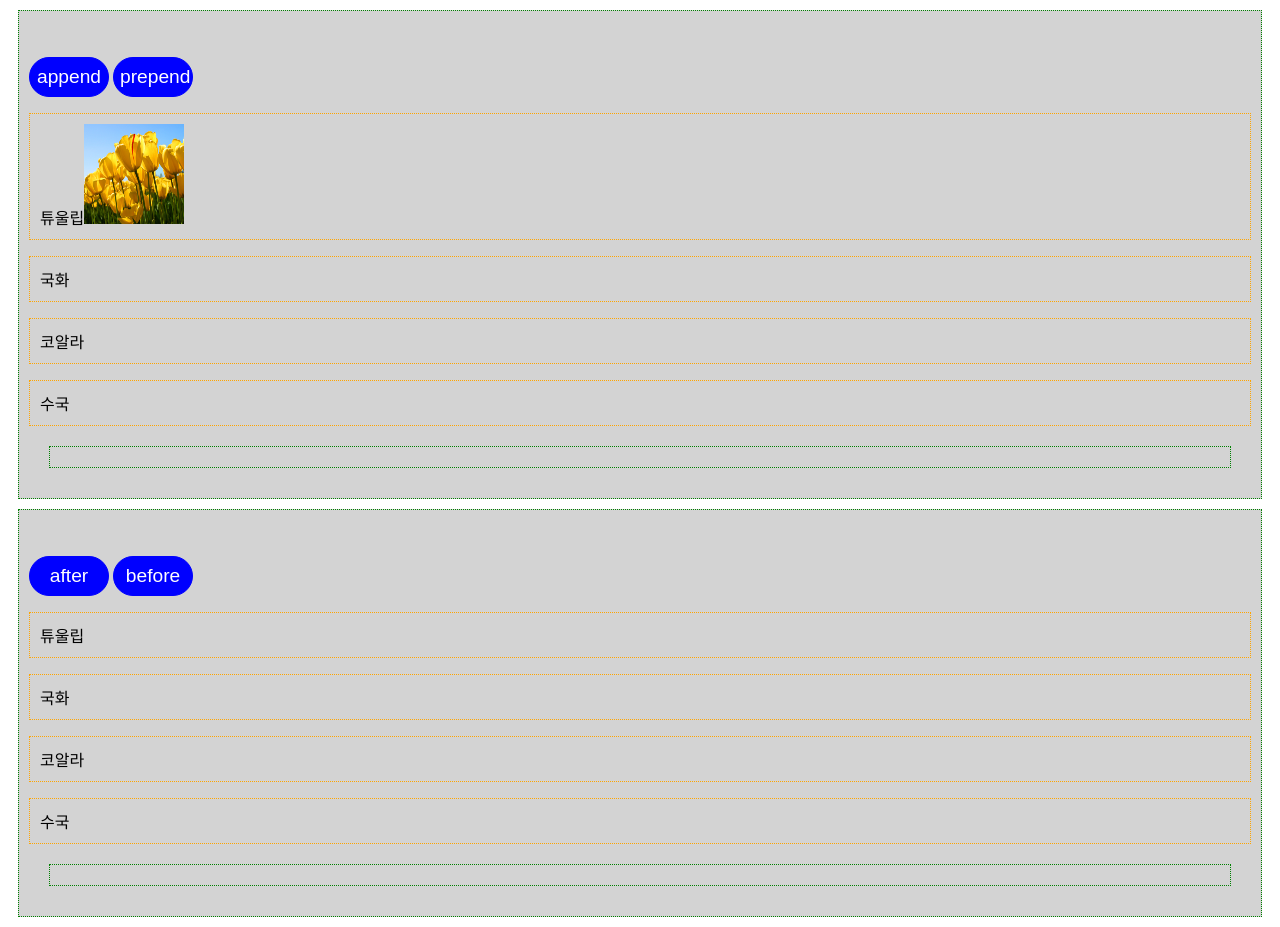
Repository: JJaeHwan/HTML
Page: jquerypro/WebContent/0113/추가메소드.html
The author's editor kept a copy of each file at every save. The page is drawn from the files as they stood at one save, then again after the next save.
The browser window is 1280 px wide. The pictures show the whole page.
After loading, the first visible `p` was clicked once.

Above is the page before, as saved 2023-01-13 05:16:38.

After the next save:
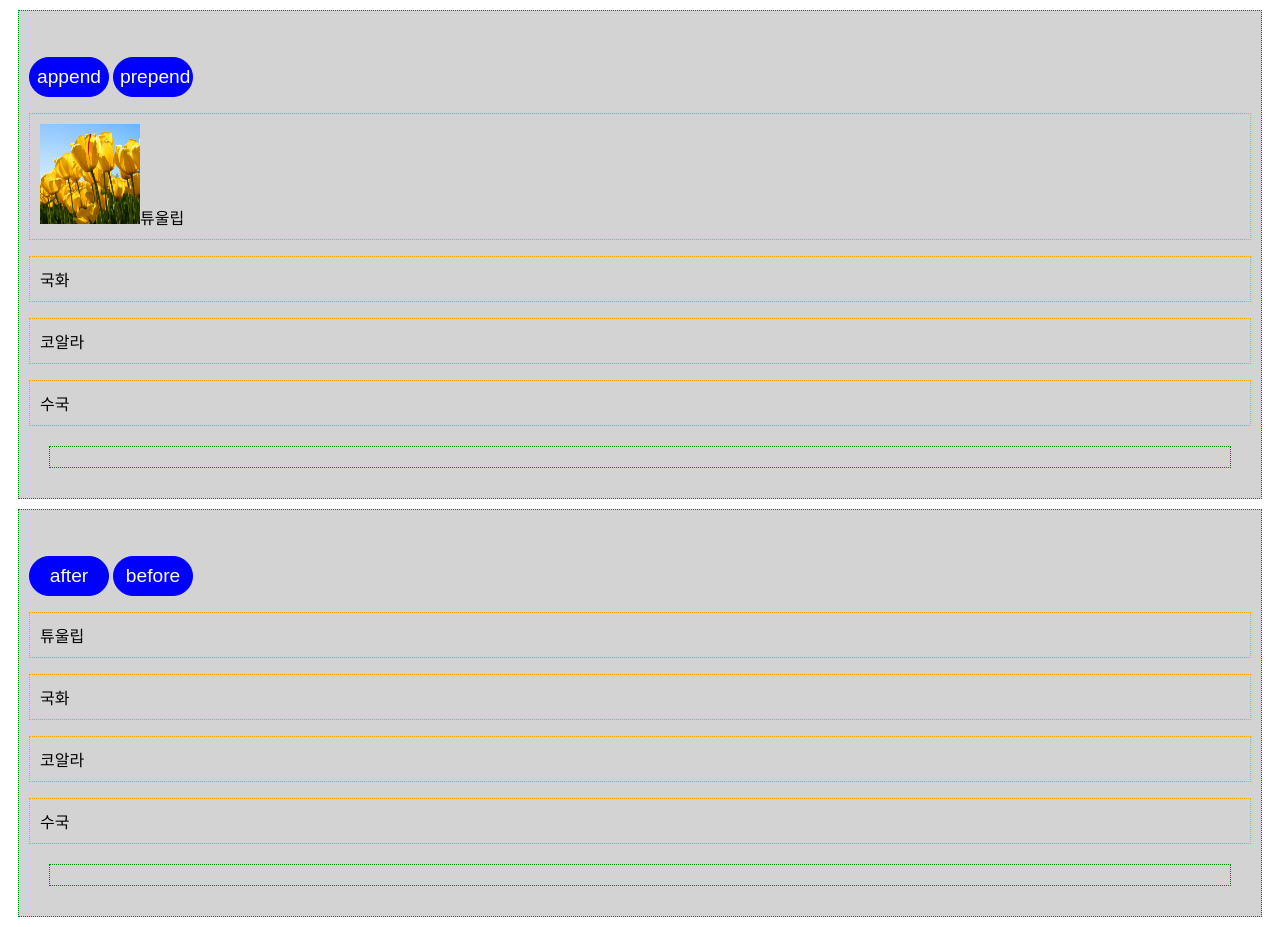
Saved 3 min 26 s later.
--- a/jquerypro/WebContent/0113/추가메소드.html
+++ b/jquerypro/WebContent/0113/추가메소드.html
@@ -19,7 +19,8 @@ $(function() {
 
 		})
 
-		$(this).append(vimg);
+// 		$(this).append(vimg);
+		$(this).prepend(vimg);
 
 	})
 })
